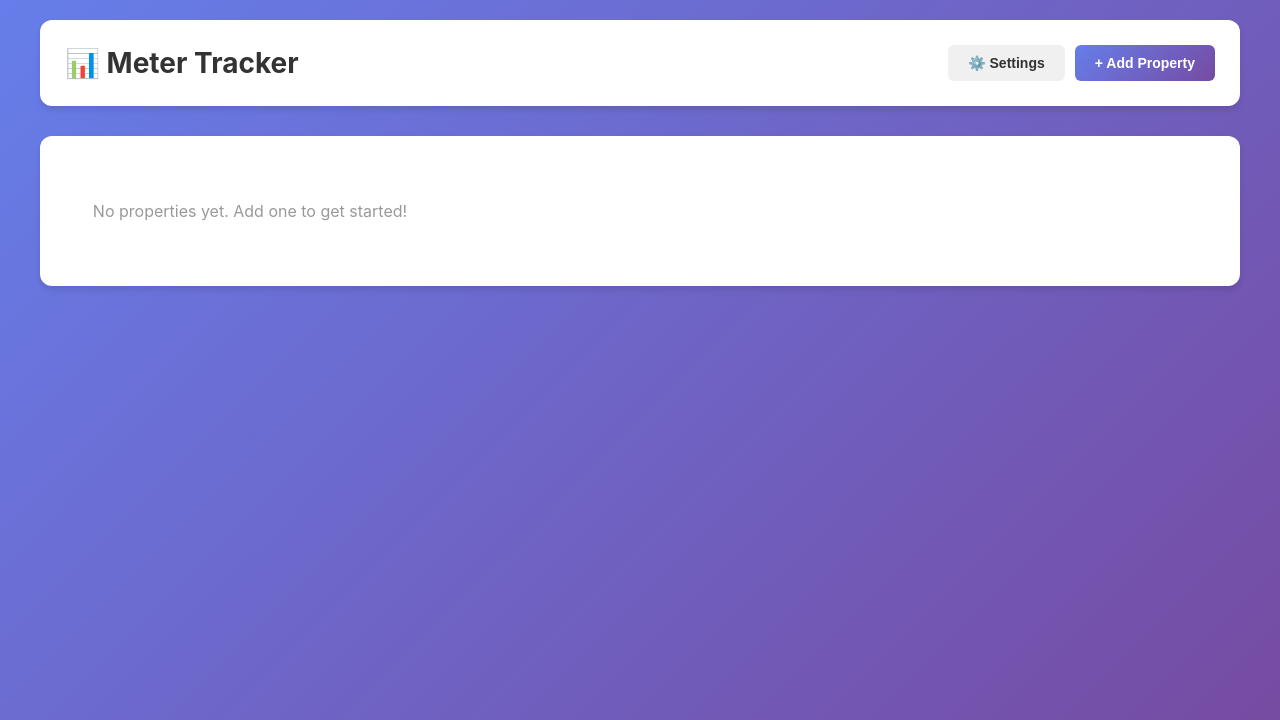
Repository: roshanreddy118/AI-Meter-Management
Page: /
An editor plug-in stored every save of this project. The page is shown before and after the next save, followed by the edit.
The browser window is 1280 px wide. The pictures show the whole page.
The page's requests for data from a server got no answer. The project was rebuilt for these pictures with package versions that can differ from the ones it lists, and the page was loaded fresh each time. The framework's server and built-in components were replaced by stand-ins that run in the browser. No one was signed in, and anything a server would have sent is missing. Also part of the build but not shown: next.config.js.

Above is the page before, as saved 2026-06-10 18:28:13.

### app/layout.js
import './globals.css';

export const metadata = {
  title: 'Meter Tracker',
  description: 'Track meter readings and bills for your rental properties',
};

export default function RootLayout({ children }) {
  return (
    <html lang="en">
      <body>{children}</body>
    </html>
  );
}

### app/page.js
'use client';

import { useEffect, useState } from 'react';

export default function Home() {
  const [properties, setProperties] = useState([]);
  const [readings, setReadings] = useState([]);
  const [settings, setSettings] = useState({ bescom_rate: 8.5 });
  const [loading, setLoading] = useState(true);
  const [selectedPropertyId, setSelectedPropertyId] = useState(null);
  const [databaseConnected, setDatabaseConnected] = useState(false);

  // Modal states
  const [showPropertyModal, setShowPropertyModal] = useState(false);
  const [showMeterModal, setShowMeterModal] = useState(false);
  const [showSettingsModal, setShowSettingsModal] = useState(false);
  const [showDetailsModal, setShowDetailsModal] = useState(false);

  // Form states
  const [propertyForm, setPropertyForm] = useState({ name: '', address: '' });
  const [meterForm, setMeterForm] = useState({
    reading_date: new Date().toISOString().split('T')[0],
    meter_reading: '',
    photo_url: '',
  });
  const [settingsForm, setSettingsForm] = useState({ bescom_rate: 8.5 });

  // Load properties on mount
  useEffect(() => {
    fetchProperties();
    fetchSettings();
  }, []);

  async function fetchProperties() {
    try {
      const res = await fetch('/api/properties');
      if (!res.ok) {
        throw new Error(`API error: ${res.status}`);
      }
      const data = await res.json();
      setProperties(Array.isArray(data) ? data : []);
      setDatabaseConnected(true);
    } catch (error) {
      console.error('Error fetching properties:', error);
      setProperties([]);
      setDatabaseConnected(false);
    } finally {
      setLoading(false);
    }
  }

  async function fetchSettings() {
    try {
      const res = await fetch('/api/settings');
      const data = await res.json();
      setSettings(data);
      setSettingsForm({ bescom_rate: data.bescom_rate });
    } catch (error) {
      console.error('Error fetching settings:', error);
    }
  }

  async function fetchReadings(propertyId) {
    try {
      const res = await fetch(`/api/readings?propertyId=${propertyId}`);
      const data = await res.json();
      setReadings(Array.isArray(data) ? data : []);
    } catch (error) {
      console.error('Error fetching readings:', error);
      setReadings([]);
    }
  }

  // Property operations
  async function handleAddProperty(e) {
    e.preventDefault();
    try {
      const res = await fetch('/api/properties', {
        method: 'POST',
        headers: { 'Content-Type': 'application/json' },
        body: JSON.stringify(propertyForm),
      });
      if (res.ok) {
        fetchProperties();
        setPropertyForm({ name: '', address: '' });
        setShowPropertyModal(false);
      }
    } catch (error) {
      console.error('Error adding property:', error);
    }
  }

  async function handleDeleteProperty() {
    if (!confirm('Are you sure you want to delete this property and all its readings?')) return;
    try {
      const res = await fetch(`/api/properties?id=${selectedPropertyId}`, {
        method: 'DELETE',
      });
      if (res.ok) {
        fetchProperties();
        setShowDetailsModal(false);
        setSelectedPropertyId(null);
      }
    } catch (error) {
      console.error('Error deleting property:', error);
    }
  }

  // Meter reading operations
  async function handleAddMeterReading(e) {
    e.preventDefault();
    try {
      const res = await fetch('/api/readings', {
        method: 'POST',
        headers: { 'Content-Type': 'application/json' },
        body: JSON.stringify({
          propertyId: selectedPropertyId,
          readingDate: meterForm.reading_date,
          meterReading: parseFloat(meterForm.meter_reading),
          photoUrl: meterForm.photo_url,
        }),
      });
      if (res.ok) {
        fetchReadings(selectedPropertyId);
        setMeterForm({
          reading_date: new Date().toISOString().split('T')[0],
          meter_reading: '',
          photo_url: '',
        });
        setShowMeterModal(false);
      }
    } catch (error) {
      console.error('Error adding meter reading:', error);
    }
  }

  async function handleUpdatePaymentStatus(readingId, status) {
    try {
      const res = await fetch(`/api/readings?id=${readingId}&action=payment`, {
        method: 'PATCH',
        headers: { 'Content-Type': 'application/json' },
        body: JSON.stringify({ paymentStatus: status }),
      });
      if (res.ok) {
        fetchReadings(selectedPropertyId);
      }
    } catch (error) {
      console.error('Error updating payment status:', error);
    }
  }

  async function handleDeleteReading(readingId) {
    if (!confirm('Delete this reading?')) return;
    try {
      const res = await fetch(`/api/readings?id=${readingId}&action=delete`, {
        method: 'PATCH',
      });
      if (res.ok) {
        fetchReadings(selectedPropertyId);
      }
    } catch (error) {
      console.error('Error deleting reading:', error);
    }
  }

  // Settings operations
  async function handleUpdateSettings(e) {
    e.preventDefault();
    try {
      const res = await fetch('/api/settings', {
        method: 'PATCH',
        headers: { 'Content-Type': 'application/json' },
        body: JSON.stringify({ bescomRate: parseFloat(settingsForm.bescom_rate) }),
      });
      if (res.ok) {
        fetchSettings();
        setShowSettingsModal(false);
      }
    } catch (error) {
      console.error('Error updating settings:', error);
    }
  }

  // Modal helpers
  function openPropertyModal() {
    setShowPropertyModal(true);
  }

  function closePropertyModal() {
    setShowPropertyModal(false);
  }

  function openMeterModal() {
    setShowMeterModal(true);
  }

  function closeMeterModal() {
    setShowMeterModal(false);
  }

  function openSettingsModal() {
    setShowSettingsModal(true);
  }

  function closeSettingsModal() {
    setShowSettingsModal(false);
  }

  function openDetailsModal(propertyId) {
    setSelectedPropertyId(propertyId);
    fetchReadings(propertyId);
    setShowDetailsModal(true);
  }

  function closeDetailsModal() {
    setShowDetailsModal(false);
    setSelectedPropertyId(null);
  }

  const selectedProperty = Array.isArray(properties) ? properties.find((p) => p.id === selectedPropertyId) : null;

  return (
    <div className="container">
      <header>
        <h1>📊 Meter Tracker</h1>
        <div className="header-actions">
          <button className="btn btn-settings" onClick={openSettingsModal}>
            ⚙️ Settings
          </button>
          <button className="btn btn-primary" onClick={openPropertyModal}>
            + Add Property
          </button>
        </div>
      </header>

      <main>
        <div className="properties-grid">
          {loading ? (
            <p className="loading">Loading properties...</p>
          ) : properties.length === 0 ? (
            <p className="loading">No properties yet. Add one to get started!</p>
          ) : (
            properties.map((prop) => (
              <div
                key={prop.id}
                className="property-card"
                onClick={() => openDetailsModal(prop.id)}
              >
                <h3>{prop.name}</h3>
                {prop.address && <p>{prop.address}</p>}
                <p>Last Reading: {prop.last_reading_date || 'No data'}</p>
                <p>Value: {prop.last_reading || '-'} units</p>
                <span className={`status ${prop.last_payment_status || 'pending'}`}>
                  {prop.last_payment_status === 'paid' ? '✓ Paid' : '⏳ Pending'}
                </span>
              </div>
            ))
          )}
        </div>
      </main>

      {/* Add Property Modal */}
      <div className={`modal ${showPropertyModal ? 'show' : ''}`} onClick={closePropertyModal}>
        <div className="modal-content" onClick={(e) => e.stopPropagation()}>
          <span className="close" onClick={closePropertyModal}>
            &times;
          </span>
          <h2>Add New Property</h2>
          <form onSubmit={handleAddProperty}>
            <input
              type="text"
              placeholder="Property Name (e.g., House 1, Apt 2B)"
              value={propertyForm.name}
              onChange={(e) => setPropertyForm({ ...propertyForm, name: e.target.value })}
              required
            />
            <input
              type="text"
              placeholder="Address (optional)"
              value={propertyForm.address}
              onChange={(e) => setPropertyForm({ ...propertyForm, address: e.target.value })}
            />
            <button type="submit" className="btn btn-primary">
              Add Property
            </button>
          </form>
        </div>
      </div>

      {/* Meter Reading Modal */}
      <div className={`modal ${showMeterModal ? 'show' : ''}`} onClick={closeMeterModal}>
        <div className="modal-content" onClick={(e) => e.stopPropagation()}>
          <span className="close" onClick={closeMeterModal}>
            &times;
          </span>
          <h2>Add Meter Reading</h2>
          <form onSubmit={handleAddMeterReading}>
            <input
              type="date"
              value={meterForm.reading_date}
              onChange={(e) => setMeterForm({ ...meterForm, reading_date: e.target.value })}
              required
            />
            <input
              type="number"
              placeholder="Current Meter Reading"
              step="0.01"
              value={meterForm.meter_reading}
              onChange={(e) => setMeterForm({ ...meterForm, meter_reading: e.target.value })}
              required
            />
            <input
              type="file"
              accept="image/*"
              onChange={(e) => {
                const file = e.target.files[0];
                if (file) {
                  const reader = new FileReader();
                  reader.onload = (event) => {
                    setMeterForm({ ...meterForm, photo_url: event.target.result });
                  };
                  reader.readAsDataURL(file);
                }
              }}
            />
            <button type="submit" className="btn btn-primary">
              Save Reading
            </button>
          </form>
        </div>
      </div>

      {/* Settings Modal */}
      <div className={`modal ${showSettingsModal ? 'show' : ''}`} onClick={closeSettingsModal}>
        <div className="modal-content" onClick={(e) => e.stopPropagation()}>
          <span className="close" onClick={closeSettingsModal}>
            &times;
          </span>
          <h2>Settings</h2>
          <form onSubmit={handleUpdateSettings}>
            <label>BESCOM Rate (per unit)</label>
            <input
              type="number"
              step="0.01"
              min="0"
              value={settingsForm.bescom_rate}
              onChange={(e) => setSettingsForm({ bescom_rate: e.target.value })}
              required
            />
            <button type="submit" className="btn btn-primary">
              Update Rate
            </button>
          </form>
        </div>
      </div>

      {/* Property Details Modal */}
      <div className={`modal ${showDetailsModal ? 'show' : ''}`} onClick={closeDetailsModal}>
        <div
          className="modal-content modal-large"
          onClick={(e) => e.stopPropagation()}
        >
          <span className="close" onClick={closeDetailsModal}>
            &times;
          </span>
          {selectedProperty && (
            <>
              <div className="details-header">
                <h2>{selectedProperty.name}</h2>
                <button className="btn btn-danger" onClick={handleDeleteProperty}>
                  Delete Property
                </button>
              </div>
              <button className="btn btn-primary" style={{ marginBottom: '20px' }} onClick={openMeterModal}>
                + Add Reading
              </button>

              <table className="readings-table">
                <thead>
                  <tr>
                    <th>Date</th>
                    <th>Meter Reading</th>
                    <th>Units Used</th>
                    <th>Bill (₹)</th>
                    <th>Status</th>
                    <th>Action</th>
                  </tr>
                </thead>
                <tbody>
                  {readings.length === 0 ? (
                    <tr>
                      <td colSpan="6" className="text-center">
                        No readings yet
                      </td>
                    </tr>
                  ) : (
                    readings.map((reading) => (
                      <tr key={reading.id}>
                        <td>{new Date(reading.reading_date).toLocaleDateString()}</td>
                        <td>{reading.meter_reading}</td>
                        <td>{reading.units_consumed.toFixed(2)}</td>
                        <td>₹{reading.bill_amount.toFixed(2)}</td>
                        <td>
                          <select
                            value={reading.payment_status}
                            onChange={(e) => handleUpdatePaymentStatus(reading.id, e.target.value)}
                            style={{ padding: '4px 8px', borderRadius: '4px' }}
                          >
                            <option value="pending">Pending</option>
                            <option value="paid">Paid</option>
                          </select>
                        </td>
                        <td>
                          <button
                            className="btn btn-danger btn-small"
                            onClick={() => handleDeleteReading(reading.id)}
                          >
                            Delete
                          </button>
                        </td>
                      </tr>
                    ))
                  )}
                </tbody>
              </table>
            </>
          )}
        </div>
      </div>
    </div>
  );
}

### app/globals.css
* {
  margin: 0;
  padding: 0;
  box-sizing: border-box;
}

body {
  font-family: -apple-system, BlinkMacSystemFont, 'Segoe UI', 'Roboto', 'Oxygen',
    'Ubuntu', 'Cantarell', 'Fira Sans', 'Droid Sans', 'Helvetica Neue',
    sans-serif;
  -webkit-font-smoothing: antialiased;
  -moz-osx-font-smoothing: grayscale;
  background: linear-gradient(135deg, #667eea 0%, #764ba2 100%);
  min-height: 100vh;
  padding: 20px;
}

.container {
  max-width: 1200px;
  margin: 0 auto;
}

header {
  display: flex;
  justify-content: space-between;
  align-items: center;
  margin-bottom: 30px;
  background: white;
  padding: 25px;
  border-radius: 12px;
  box-shadow: 0 4px 6px rgba(0, 0, 0, 0.1);
}

header h1 {
  font-size: 28px;
  color: #333;
}

.header-actions {
  display: flex;
  gap: 10px;
}

main {
  background: white;
  padding: 25px;
  border-radius: 12px;
  box-shadow: 0 4px 6px rgba(0, 0, 0, 0.1);
}

.properties-grid {
  display: grid;
  grid-template-columns: repeat(auto-fill, minmax(300px, 1fr));
  gap: 20px;
}

.property-card {
  background: linear-gradient(135deg, #667eea 0%, #764ba2 100%);
  color: white;
  padding: 20px;
  border-radius: 10px;
  cursor: pointer;
  transition: transform 0.2s, box-shadow 0.2s;
  box-shadow: 0 2px 8px rgba(0, 0, 0, 0.1);
}

.property-card:hover {
  transform: translateY(-5px);
  box-shadow: 0 8px 16px rgba(0, 0, 0, 0.2);
}

.property-card h3 {
  font-size: 18px;
  margin-bottom: 10px;
}

.property-card p {
  font-size: 14px;
  margin-bottom: 8px;
  opacity: 0.9;
}

.property-card .status {
  padding: 6px 12px;
  border-radius: 20px;
  font-size: 12px;
  font-weight: bold;
  display: inline-block;
  background: rgba(255, 255, 255, 0.2);
}

.status.paid {
  background: rgba(76, 175, 80, 0.8);
}

.status.pending {
  background: rgba(255, 152, 0, 0.8);
}

/* Modal Styles */
.modal {
  display: none;
  position: fixed;
  z-index: 1000;
  left: 0;
  top: 0;
  width: 100%;
  height: 100%;
  background-color: rgba(0, 0, 0, 0.5);
}

.modal.show {
  display: flex;
  justify-content: center;
  align-items: center;
}

.modal-content {
  background-color: white;
  padding: 30px;
  border-radius: 12px;
  width: 90%;
  max-width: 500px;
  max-height: 90vh;
  overflow-y: auto;
  box-shadow: 0 8px 24px rgba(0, 0, 0, 0.2);
}

.modal-large {
  max-width: 900px;
}

.close {
  color: #aaa;
  float: right;
  font-size: 28px;
  font-weight: bold;
  cursor: pointer;
  line-height: 1;
}

.close:hover,
.close:focus {
  color: black;
}

.modal-content h2 {
  margin-bottom: 20px;
  color: #333;
}

.details-header {
  display: flex;
  justify-content: space-between;
  align-items: center;
  margin-bottom: 20px;
}

form {
  display: flex;
  flex-direction: column;
  gap: 15px;
}

form input,
form label {
  padding: 10px;
  border: 1px solid #ddd;
  border-radius: 6px;
  font-size: 14px;
}

form input:focus {
  outline: none;
  border-color: #667eea;
  box-shadow: 0 0 0 3px rgba(102, 126, 234, 0.1);
}

form label {
  border: none;
  padding: 0;
  font-weight: bold;
  color: #333;
}

/* Button Styles */
.btn {
  padding: 10px 20px;
  border: none;
  border-radius: 6px;
  font-size: 14px;
  font-weight: 600;
  cursor: pointer;
  transition: all 0.2s;
}

.btn-primary {
  background: linear-gradient(135deg, #667eea 0%, #764ba2 100%);
  color: white;
}

.btn-primary:hover {
  transform: translateY(-2px);
  box-shadow: 0 4px 12px rgba(102, 126, 234, 0.4);
}

.btn-settings {
  background: #f0f0f0;
  color: #333;
}

.btn-settings:hover {
  background: #e0e0e0;
}

.btn-danger {
  background: #ef5350;
  color: white;
}

.btn-danger:hover {
  background: #e53935;
}

.btn-small {
  padding: 6px 12px;
  font-size: 12px;
}

/* Table Styles */
.readings-table {
  width: 100%;
  border-collapse: collapse;
  margin-top: 20px;
}

.readings-table thead {
  background: #f5f5f5;
}

.readings-table th,
.readings-table td {
  padding: 12px;
  text-align: left;
  border-bottom: 1px solid #ddd;
  font-size: 14px;
}

.readings-table th {
  font-weight: 600;
  color: #333;
}

.readings-table tbody tr:hover {
  background: #fafafa;
}

.text-center {
  text-align: center;
}

.loading {
  text-align: center;
  color: #999;
  padding: 40px 20px;
}

@media (max-width: 768px) {
  header {
    flex-direction: column;
    gap: 15px;
    text-align: center;
  }

  .properties-grid {
    grid-template-columns: 1fr;
  }

  .readings-table {
    font-size: 12px;
  }

  .readings-table th,
  .readings-table td {
    padding: 8px;
  }
}

After the next save:
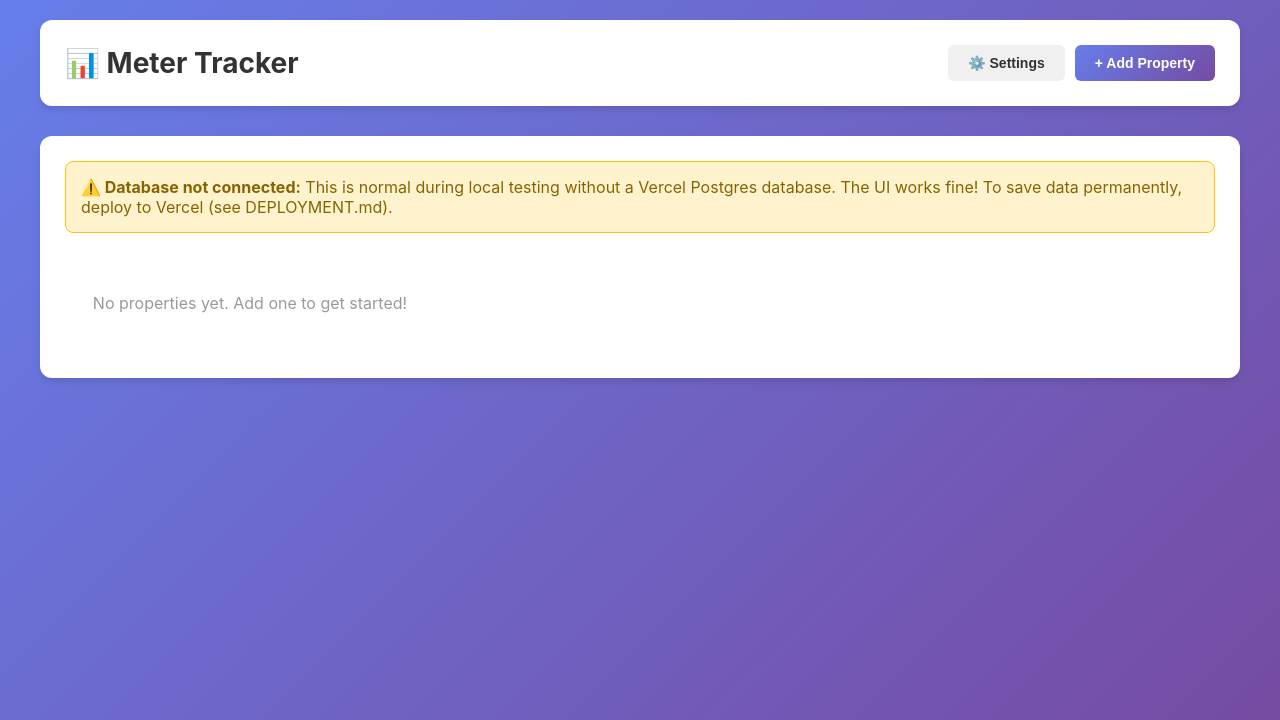
Saved 5 s later.
--- a/app/page.js
+++ b/app/page.js
@@ -234,6 +234,18 @@ export default function Home() {
       </header>
 
       <main>
+        {!databaseConnected && (
+          <div style={{
+            backgroundColor: '#fff3cd',
+            border: '1px solid #ffc107',
+            color: '#856404',
+            padding: '15px',
+            borderRadius: '8px',
+            marginBottom: '20px'
+          }}>
+            <strong>⚠️ Database not connected:</strong> This is normal during local testing without a Vercel Postgres database. The UI works fine! To save data permanently, deploy to Vercel (see DEPLOYMENT.md).
+          </div>
+        )}
         <div className="properties-grid">
           {loading ? (
             <p className="loading">Loading properties...</p>
